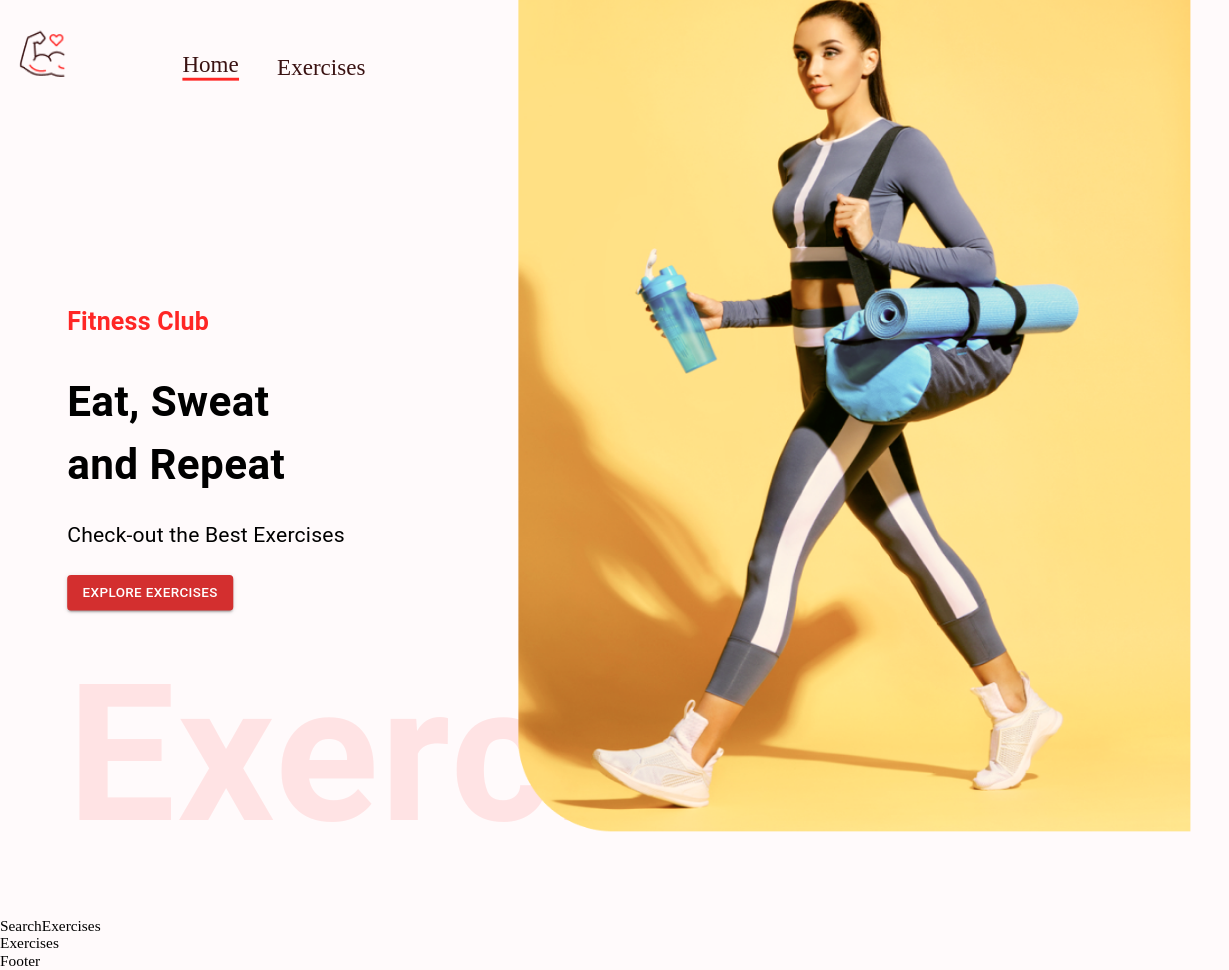
Repository: remydev47/fitness-center
Page: /
These files come from the project's save history. The page is drawn as it stood at one moment and after the next save; the edit follows.
The browser window is 1280 px wide. The pictures show the whole page, at 96% of full size.
The project was rebuilt for these pictures with package versions that can differ from the ones it lists, and the page was loaded fresh each time. Also part of the build but not shown: src/pages/ExerciseDetail.js.

Above is the page before, as saved 2022-07-26 00:42:12.

After the next save:
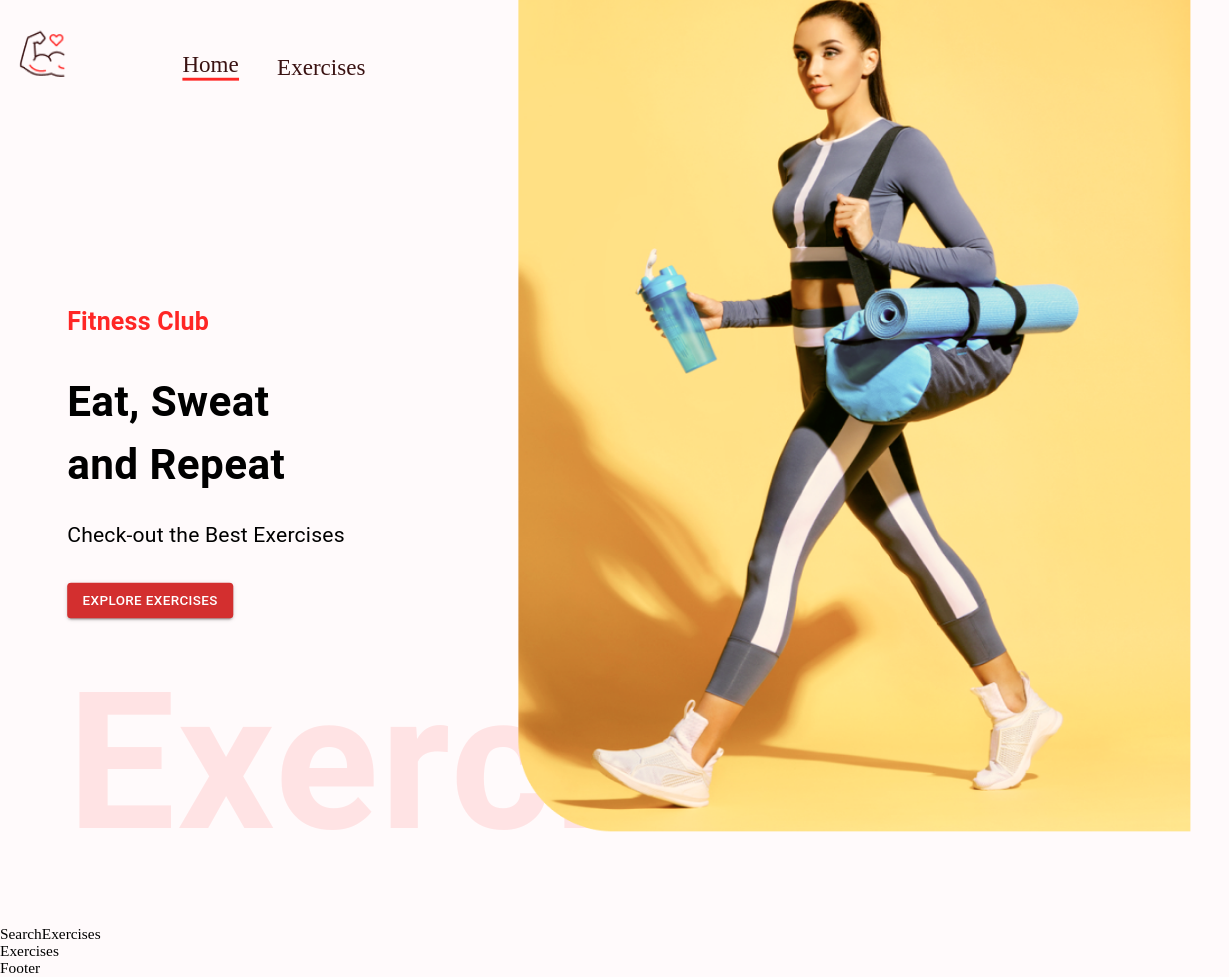
Saved 43 s later.
--- a/src/components/HeaderBanner.js
+++ b/src/components/HeaderBanner.js
@@ -32,7 +32,7 @@ const HeaderBanner = () => {
         <Typography
          fontSize="22px"
          lineHeight="35px"
-         mb={3}
+         mb={4}
         >
             Check-out the Best Exercises
         </Typography>
